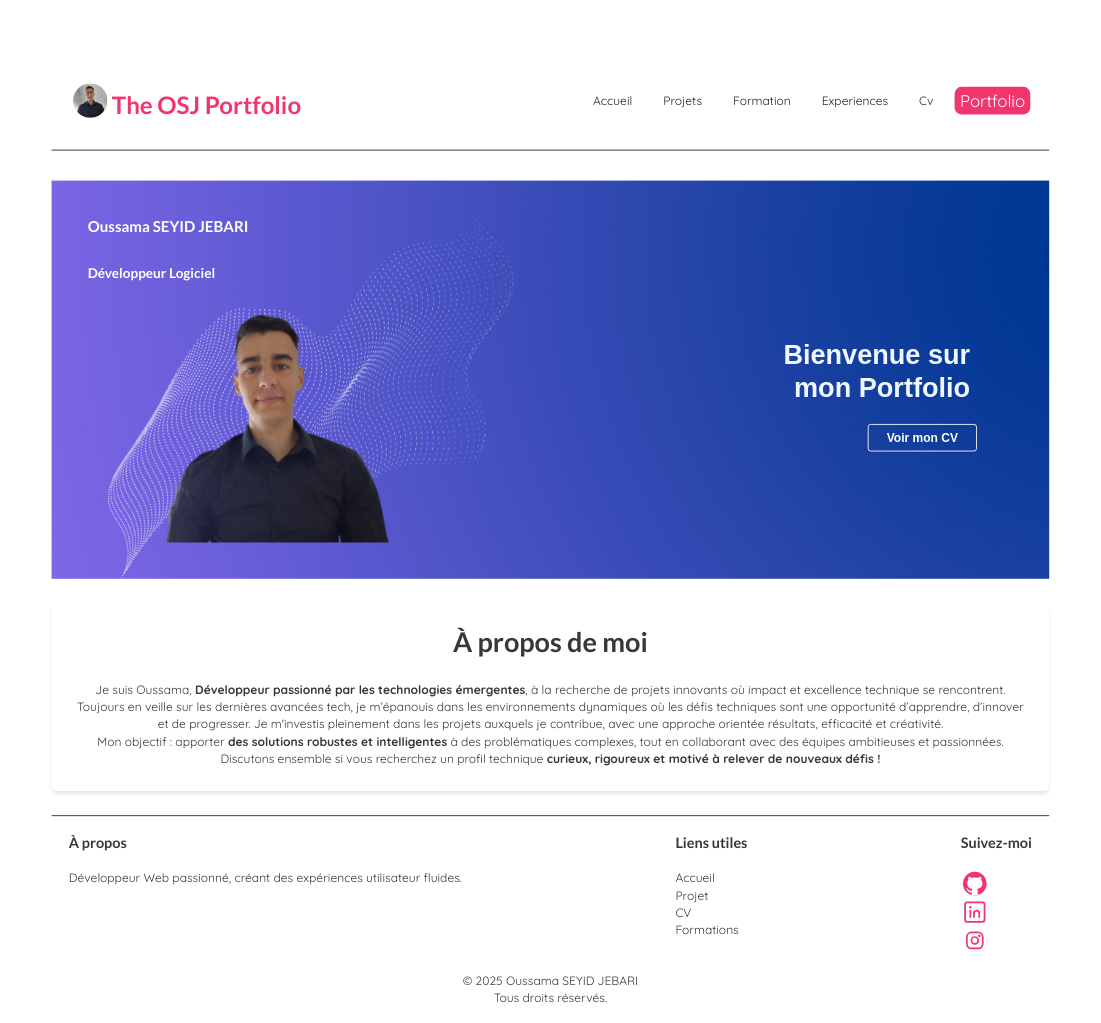
Repository: OussamSJ/Portfolio
Page: /
These files come from the project's save history. The page is drawn as it stood at one moment and after the next save; the edit follows.
The browser window is 1280 px wide. The pictures show the whole page, at 86% of full size.
The project was rebuilt for these pictures with package versions that can differ from the ones it lists, and the page was loaded fresh each time. Also part of the build but not shown: src/BlogList.js, src/Cv.js, src/Expcomponent.js, src/Experiences.js, src/FormationComponent.js, src/Formation.js, src/projets/ProjetComponent.js, src/projets/Projet.js and 3 more.

Above is the page before, as saved 2025-07-23 12:43:52.

### public/index.html
<!DOCTYPE html>
<html lang="en">
  <head>
    <meta charset="utf-8" />
    <link rel="icon" href="%PUBLIC_URL%/Logo-Devloper.png" />
    <meta name="viewport" content="width=device-width, initial-scale=1" />
    <meta name="theme-color" content="#000000" />
    <meta
      name="description"
      content="Web site created using create-react-app"
    />
    <link rel="apple-touch-icon" href="%PUBLIC_URL%/logo192.png" />
    <!--
      manifest.json provides metadata used when your web app is installed on a
      user's mobile device or desktop. See https://developers.google.com/web/fundamentals/web-app-manifest/
    -->
    <link rel="manifest" href="%PUBLIC_URL%/manifest.json" />
    <!--
      Notice the use of %PUBLIC_URL% in the tags above.
      It will be replaced with the URL of the `public` folder during the build.
      Only files inside the `public` folder can be referenced from the HTML.

      Unlike "/favicon.ico" or "favicon.ico", "%PUBLIC_URL%/favicon.ico" will
      work correctly both with client-side routing and a non-root public URL.
      Learn how to configure a non-root public URL by running `npm run build`.
    -->
    <title>Portfolio App</title>
  </head>
  <body>
    <noscript>You need to enable JavaScript to run this app.</noscript>
    <div id="root"></div>
    <!--
      This HTML file is a template.
      If you open it directly in the browser, you will see an empty page.

      You can add webfonts, meta tags, or analytics to this file.
      The build step will place the bundled scripts into the <body> tag.

      To begin the development, run `npm start` or `yarn start`.
      To create a production bundle, use `npm run build` or `yarn build`.
    -->
  </body>
</html>

### src/index.js
import React from 'react';
import ReactDOM from 'react-dom/client';
import './index.css';
import App from './App';
import reportWebVitals from './reportWebVitals';
import 'semantic-ui-css/semantic.min.css'

const root = ReactDOM.createRoot(document.getElementById('root'));
root.render(
  <React.StrictMode>
    <App />
  </React.StrictMode>
);

// If you want to start measuring performance in your app, pass a function
// to log results (for example: reportWebVitals(console.log))
// or send to an analytics endpoint. Learn more: https://bit.ly/CRA-vitals
reportWebVitals();

### src/index.css
@import url('https://fonts.googleapis.com/css2?family=Quicksand:wght@300;400;500;600;700&display=swap');
@tailwind base;
@tailwind components;
@tailwind utilities;

/* base styles */
* {
  margin: 0;
  font-family: -apple-system, BlinkMacSystemFont, 'Segoe UI', 'Roboto', 'Oxygen',
    'Ubuntu', 'Cantarell', 'Fira Sans', 'Droid Sans', 'Helvetica Neue',
    sans-serif;
  -webkit-font-smoothing: antialiased;
  -moz-osx-font-smoothing: grayscale;
  font-family: "Quicksand";
  color: #3b3737;
}

code {
  font-family: source-code-pro, Menlo, Monaco, Consolas, 'Courier New',
    monospace;
}

.navbar {
  padding: 20px;
  display: flex;
  align-items: center;
  max-width: 1200px;
  margin: 0 auto;
  border-bottom: 1px solid #212020;

}

.navbar h1 {
  color: #f1356d;
}

.navbar .links {
  margin-left: auto;
}

.navbar a {
  margin-left: 16px;
  text-decoration: none;
  padding: 6px;
}

.navbar img {
  width: 40px;
  height: 40px;
  margin: 5px;
  object-fit: cover;
  /* remplit et rogne si besoin */
  border-radius: 50%;
  /* transforme le carré en cercle */
  display: block;
}

.navbar a:hover {
  color: #f1356d;
}


/* Responsive: cache les liens sur mobile */
.desktop-only {
  display: flex;
}

.mobile-toggle {
  display: none;
  margin-left: auto;
  cursor: pointer;
}

/* Responsive behavior */
/* Masque le menu desktop sur petits écrans */
@media (max-width: 768px) {
  .desktop-only {
    display: none !important;
  }

  .mobile-toggle {
    display: block !important;
    cursor: pointer;
  }
}


.content {
  max-width: 1200px;
  margin: 40px auto;
  padding: 20px;
}


.couverture {
  background-image:
    url("/public/couverture-portfolio.png");
  background-size: cover;
  /* couvre tout le conteneur sans déformation */
  background-position: center;
  /* centre l’image */
  background-repeat: no-repeat;
  /* pas de répétition */
  height: 100%;
  width: 100%;
  color: white;
  font-family: 'Orbitron', sans-serif;
  /* une police géométrique, proche de celle utilisée */
}



.couverture h1 {
  margin-top: 20px auto;
  margin-right: 50px;
  align-items: center;
  text-align: center;
  color: aliceblue;
  text-align: right;
  font-family: 'Agrandir Grand', sans-serif;
  /* une police futuriste */
}


.portfolio-footer {
  justify-content: space-between;
  display: flex;
  padding: 20px;
  border-top: 1px solid #212020;
}

.card-title {
  margin-bottom: 20px;

  padding: 0;
  font-size: 1.2rem;

}

.social-links a {
  list-style: none;
  all: unset;
  color: inherit;
  text-decoration: none;
  margin-left: auto;
  text-align: left;

}

.social-links img {
  width: 40%;
  height: 40%;
}


ul {
  list-style-type: none;
  padding: 0;
  margin: 0;

}

.social-links a:hover {
  color: #f1356d;
}

.footer-bottom {
  display: block;
  text-align: center;
}

ul li {
  text-align: left;

}



.not-found {
  justify-content: center;
  align-items: center;
  text-align: center;
  height: 50vh;
  margin-top: 200px;
  font-size: 3rem;
}


img-couverture {
  width: 100%;
  height: 100%;
  justify-content: flex-end;
  align-items: center;
  object-fit: fill;
  /* Remplit l'élément sans déformation */
  border-radius: 50%;
  /* Transforme le carré en cercle */
  display: flex;
}

### src/App.js
import React from 'react';
import { BrowserRouter, Routes, Route } from 'react-router-dom';
import Home from './Home';
import Navbar from './Navbar';
import Cv from './Cv';
import Footbar from './Footbar';
import Experiences from './Experiences';
import Formation from './Formation';
import ProjetDetail from './projets/ProjetDetail';
import Projet from './projets/Projet';
import Projet1 from './projets/Projet1';
import ProjetFootballPlayerSearch from './projets/ProjetFootballPlayerSearch';

function App() {
  return (
    <BrowserRouter>
      <div className="App">
        <div className='content'>
          <Routes>
            <Route path="/" element={<Home />} />
            <Route path="/cv" element={<Cv />} />
            <Route path="/experiences-professionnelle" element={<div ><Navbar /> <Experiences /><Footbar /></div>} />
            <Route path="/formation" element={<div ><Navbar /> <Formation /><Footbar /></div>} />
            <Route path="/projet" element={<div ><Navbar /> <Projet /><Footbar /></div>} />

           <Route path="/projet/:id" element={<div><Navbar /><ProjetDetail /><Footbar /></div>} />
            <Route path="*" element={
              <div >
                <Navbar />
                <h1 className='not-found' >Page introuvable</h1>
                <Footbar />
              </div>
            } />
          </Routes>
        </div>
      </div>
    </BrowserRouter>
  );
}

export default App;

### src/Home.js
import { useEffect, useState } from "react";

import BlogList from "./BlogList";
import Navbar from "./Navbar";
import Footbar from "./Footbar";


const Home = () => {
  const [blogs, setBlogs] = useState([
    { title: 'My new website', body: 'lorem ipsum...', author: 'mario', id: 1 },
    { title: 'Welcome party!', body: 'lorem ipsum...', author: 'yoshi', id: 2 },
    { title: 'Web dev top tips', body: 'lorem ipsum...', author: 'mario', id: 3 }
  ])

  const handleDelete = (id) => {
    const newBlogs = blogs.filter(blog => blog.id !== id);
    setBlogs(newBlogs);
  }


  useEffect(() => {
    console.log('use effect ran');
    console.log(blogs);
  })

  return (
    <div className="Home">
      <Navbar />
       {/* Couverture */}
      <div className="couverture flex items-center mt-10 justify-between text-white p-12 flex-wrap">

        {/* Partie gauche */}
        <div className="flex flex-col items-start space-y-4 max-w-md w-max h-max">
          <h3 className="text-xl text-white font-semibold">Oussama SEYID JEBARI</h3>
          <h3 className="text-lg text-white">Développeur Logiciel</h3>
          <div className="w-200 h-200 mt-4 ml-20 ">
            <img src="oussama_img.png" alt="photo_de_profil" className="rounded-lg object-cover w-full h-full" />
          </div>
        </div>

        {/* Partie droite */}
        <div className="text-right max-w-md mt-10 md:mt-30">
          <h1 className="text-4xl text-white font-bold mb-6 leading-tight">
            Bienvenue sur <br /> mon Portfolio</h1>
          <button className="bg-transparent text-white font-bold py-2 px-6 mr-12 rounded shadow border border-white
          hover:bg-white hover:text-blue-800 transition-colors duration-300 relative">
            Voir mon CV
          </button>
        </div>

      </div>
      <section className="bg-white text-gray-800 p-8 rounded-lg shadow-md my-8 w-full h-full mx-auto text-center">
  <h2 className="text-4xl font-bold mb-8 ">À propos de moi</h2>
  <p>
    Je suis Oussama,  <strong>Développeur passionné par les technologies émergentes</strong>, à la recherche de projets innovants où impact et excellence technique se rencontrent.<br/>
Toujours en veille sur les dernières avancées tech, je m’épanouis dans les environnements dynamiques où les défis techniques sont une opportunité d’apprendre, d’innover et de progresser.
Je m'investis pleinement dans les projets auxquels je contribue, avec une approche orientée résultats, efficacité et créativité.<br/>
Mon objectif : apporter <strong>des solutions robustes et intelligentes</strong> à des problématiques complexes, tout en collaborant avec des équipes ambitieuses et passionnées.

Discutons ensemble si vous recherchez un profil technique <strong>curieux, rigoureux et motivé à relever de nouveaux défis !</strong>
  </p>
</section>



      <Footbar />
    </div>
  );
}

export default Home;

### src/Navbar.js

import React, { Component } from 'react';
import { Menu, MenuItem, MenuMenu, Icon, Sidebar } from 'semantic-ui-react';

class Navbar extends Component {

  state = {
    activeItem: 'home',
    sidebarVisible: false,
  };

  handleItemClick = (e, { name }) => this.setState({ activeItem: name });

  toggleSidebar = () => {
    this.setState(prev => ({ sidebarVisible: !prev.sidebarVisible }));
  };

  render() {
    const { activeItem, sidebarVisible } = this.state;

    return (
      <>
        {/* Navbar  */}
        <nav className="navbar">
          <img src="/photo-portfolio.jpg" alt="logo" className="logo" />
          <h1>The OSJ Portfolio</h1>
          <div className="mobile-toggle" onClick={this.toggleSidebar}>
            <Icon name="bars" size="large" />
          </div>
          <div className="links desktop-only">
            <Menu secondary>
              <MenuItem name='accueil' active={activeItem === 'accueil'} onClick={this.handleItemClick} as="a" href="/" />
              <MenuItem name='projets' active={activeItem === 'projets'} onClick={this.handleItemClick} as="a" href="/projet" />
              <MenuItem name='formation' active={activeItem === 'formation'} onClick={this.handleItemClick} as="a" href="/formation" />
              <MenuItem name='expériences' active={activeItem === 'expériences'} onClick={this.handleItemClick} as="a" href="/experiences-professionnelle" />
              <MenuItem name='cv' active={activeItem === 'cv'} onClick={this.handleItemClick} as="a" href="/cv" />
              <MenuMenu position='right'>
                <MenuItem
                  name='portfolio'
                  active={activeItem === 'portfolio'}
                  onClick={this.handleItemClick}
                  as="a"
                  href="/"
                  style={{
                    color: 'white',
                    fontSize: '1.4em',
                    backgroundColor: '#f1356d',
                    borderRadius: '8px',
                    padding: '6px',
                  }}
                />
              </MenuMenu>
            </Menu>
          </div>
        </nav>

        {/* Sidebar pour mobile */}
        <Sidebar
          as={Menu}
          animation='overlay'
          icon='labeled'
          inverted
          vertical
          visible={sidebarVisible}
          width='thin'
          direction='right'
          style={{ backgroundColor: '#3b3737'}}
          onHide={this.toggleSidebar}

        >
          <MenuItem as="a" href="/" onClick={this.toggleSidebar}>Accueil</MenuItem>
          <MenuItem as="a" href="/projet" onClick={this.toggleSidebar}>Projets</MenuItem>
          <MenuItem as="a" href="/formation" onClick={this.toggleSidebar}>Formation</MenuItem>
          <MenuItem as="a" href="/experiences-professionnelle" onClick={this.toggleSidebar}>Expériences</MenuItem>
          <MenuItem as="a" href="/cv" onClick={this.toggleSidebar}>CV</MenuItem>
          <MenuItem as="a" href="/" onClick={this.toggleSidebar} style={{ backgroundColor: '#f1356d', color: 'white', borderRadius: '8px' }}>Portfolio</MenuItem>
        </Sidebar>

      </>
    );
  }
}

export default Navbar;

### src/Footbar.js
import { color } from "framer-motion";

const Footbar = () => {
  return (
    <div className="footbar">
      {/* footbar  */}
      <footer className="portfolio-footer">

      <div className="card-deck">
        <div className="card">
        <div className="card-body">
          <h4 className="card-title">À propos</h4>
          <p className="card-text">Développeur Web passionné, créant des expériences utilisateur fluides.</p>
        </div>
        </div>
      </div>

      <div className="card-deck">
        <div className="card">
        <div className="card-body">
          <h4 className="card-title">Liens utiles</h4>
          <ul className="social-links" style={{ color: '#3b3737'}}>

          <li><a href="/">Accueil</a></li>
          <li><a href="/projet">Projet</a></li>
          <li><a href="/cv">CV</a></li>
          <li><a href="/formation">Formations</a></li>

          </ul>
        </div>
        </div>
      </div>

      <div className="card-deck">
        <div className="card">
        <div className="card-body">
          <h4 className="card-title">Suivez-moi</h4>
          <ul className="social-links">
          <li><a href="https://github.com/OussamSJ"> <img src="/github.svg" alt="GitHub"></img></a></li>
          <li><a href="https://www.linkedin.com/in/oussama-sj/"> <img src="/linkedin.svg" alt="LinkedIn"></img></a></li>
          <li><a href="https://www.instagram.com/oussama.sj/"> <img  src="/instagram.svg" alt="Instagram"></img></a></li>
          </ul>
        </div>
        </div>
      </div>

      </footer>
      <div className="footer-bottom">
      <p>© 2025 Oussama SEYID JEBARI <br /> Tous droits réservés.</p>
      </div>

    </div>

    );
}

export default Footbar;

### tailwind.config.js
/** @type {import('tailwindcss').Config} */
module.exports = {
  content: [  "./src/**/*.{js,ts,jsx,tsx}",],
  theme: {
    extend: {
      colors: {
        primary: '#f1356d', // Exemple
      },
    },
  },
  plugins: [],
}

Loaded but not shown: src/reportWebVitals.js (common file)

After the next save:
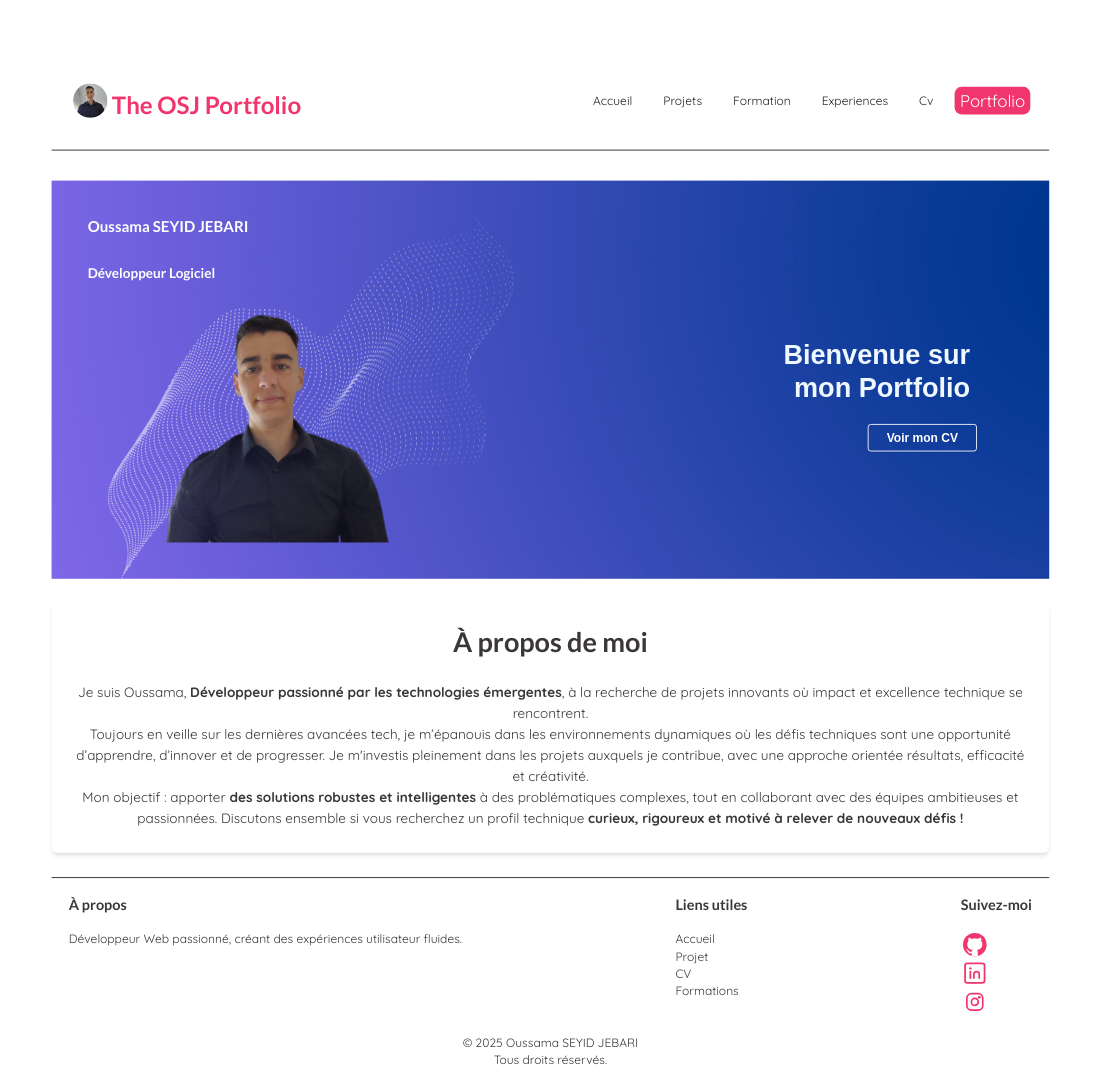
Saved 87 s later.
--- a/src/Home.js
+++ b/src/Home.js
@@ -51,7 +51,7 @@
       </div>
       <section className="bg-white text-gray-800 p-8 rounded-lg shadow-md my-8 w-full h-full mx-auto text-center">
   <h2 className="text-4xl font-bold mb-8 ">À propos de moi</h2>
-  <p>
+  <p className="text-lg mb-6">
     Je suis Oussama,  <strong>Développeur passionné par les technologies émergentes</strong>, à la recherche de projets innovants où impact et excellence technique se rencontrent.<br/>
 Toujours en veille sur les dernières avancées tech, je m’épanouis dans les environnements dynamiques où les défis techniques sont une opportunité d’apprendre, d’innover et de progresser.
 Je m'investis pleinement dans les projets auxquels je contribue, avec une approche orientée résultats, efficacité et créativité.<br/>

After the save that followed:
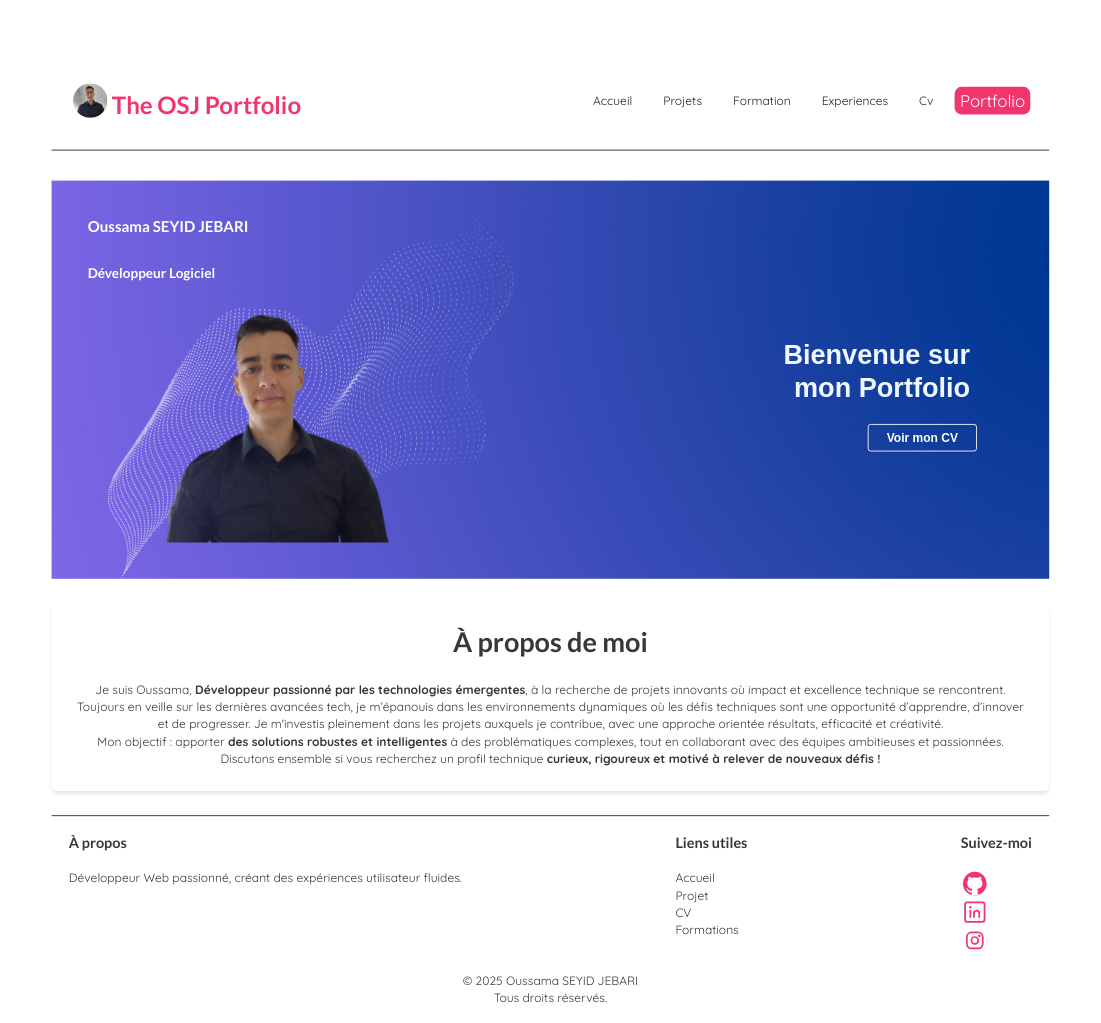
Saved 16 s later.
--- a/src/Home.js
+++ b/src/Home.js
@@ -51,7 +51,7 @@
       </div>
       <section className="bg-white text-gray-800 p-8 rounded-lg shadow-md my-8 w-full h-full mx-auto text-center">
   <h2 className="text-4xl font-bold mb-8 ">À propos de moi</h2>
-  <p className="text-lg mb-6">
+  <p className="text-2lg mb-6">
     Je suis Oussama,  <strong>Développeur passionné par les technologies émergentes</strong>, à la recherche de projets innovants où impact et excellence technique se rencontrent.<br/>
 Toujours en veille sur les dernières avancées tech, je m’épanouis dans les environnements dynamiques où les défis techniques sont une opportunité d’apprendre, d’innover et de progresser.
 Je m'investis pleinement dans les projets auxquels je contribue, avec une approche orientée résultats, efficacité et créativité.<br/>
